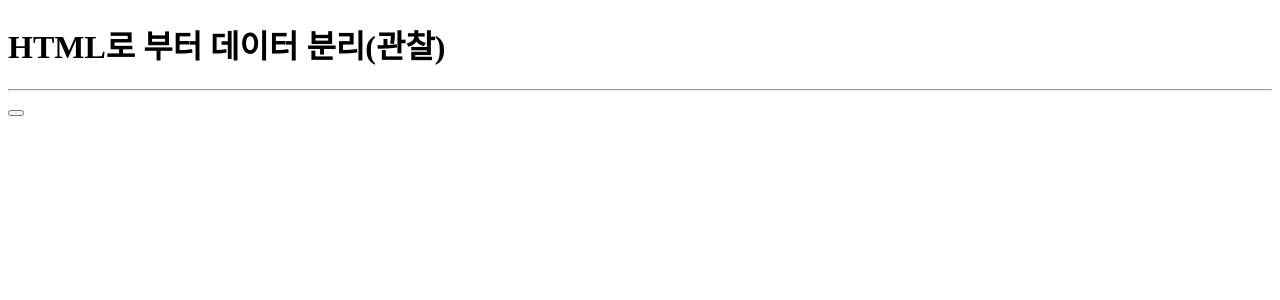
Repository: Yisak5/XmlStudy
Page: XmlApp03/WebContent/XmlApp03.html
The author's editor kept a copy of each file at every save. The page is drawn from the files as they stood at one save, then again after the next save.
The browser window is 1280 px wide. The pictures show the whole page.

Above is the page before, as saved 2022-06-14 03:49:05.

After the next save:
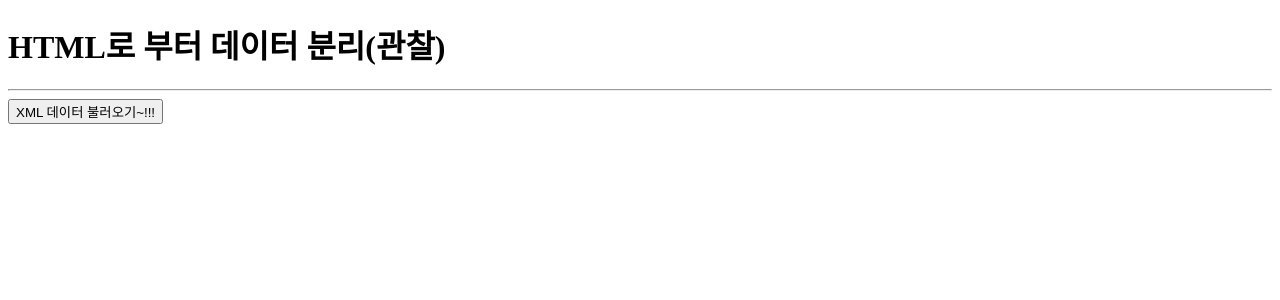
Saved 25 s later.
--- a/XmlApp03/WebContent/XmlApp03.html
+++ b/XmlApp03/WebContent/XmlApp03.html
@@ -11,7 +11,9 @@
 	<hr>
 </div>
 
-<div><button></button></div>
+<div>
+	<button type="button" onclick="loadDoc()">XML 데이터 불러오기~!!!</button>
+</div>
 
 </body>
 </html>
